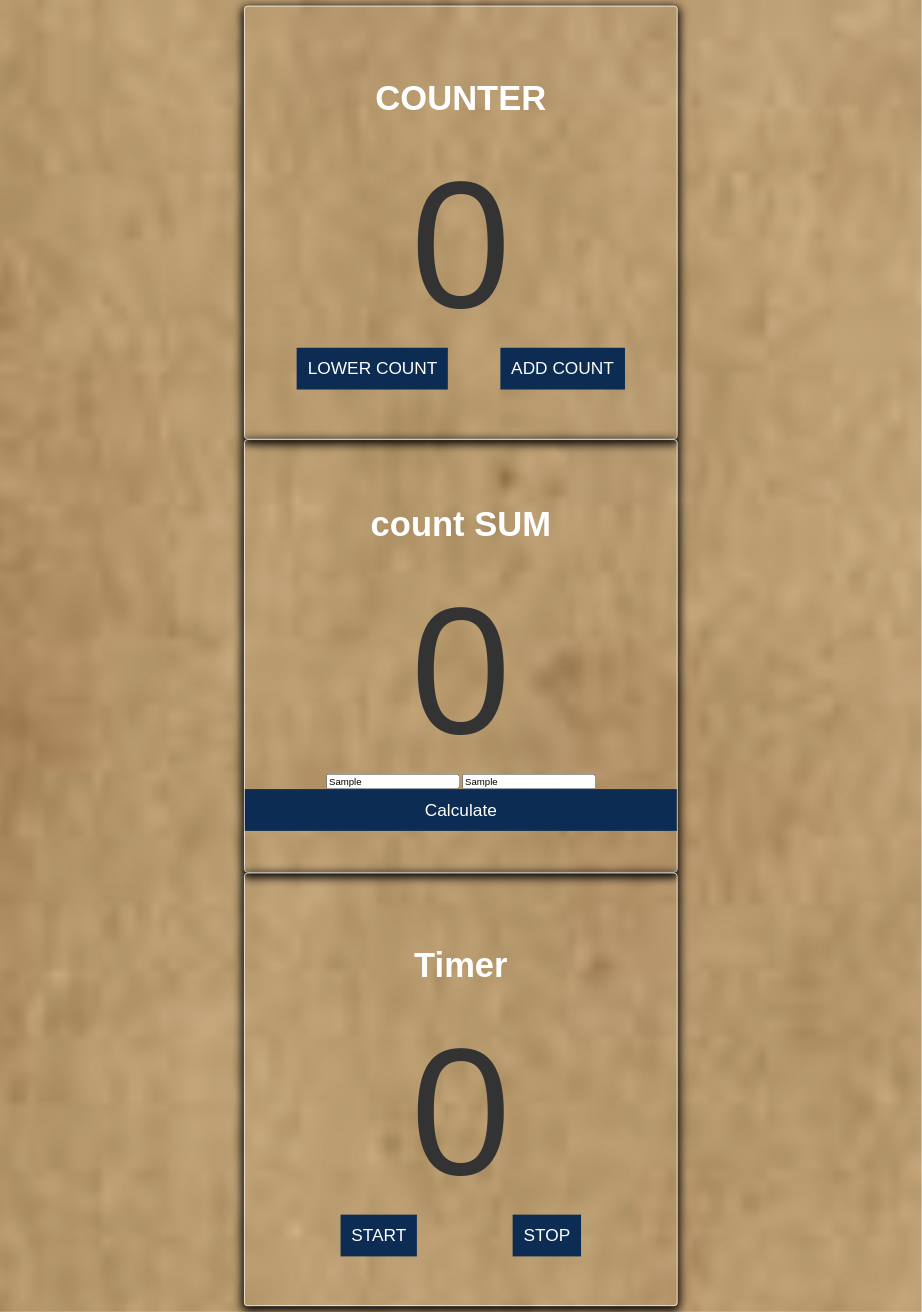
Repository: Hasmik-icml/counter
Page: index.html
The author's editor kept a copy of each file at every save. The page is drawn from the files as they stood at one save, then again after a run of saves.
The browser window is 1280 px wide. The pictures show the whole page, at 72% of full size.
Empty fields were first filled with sample values (such as "Sample", 5 or name@example.com).
After loading, the first visible `button.buttonStart` was clicked once.

Above is the page before, as saved 2022-02-14 18:22:31.

After the next 3 saves:
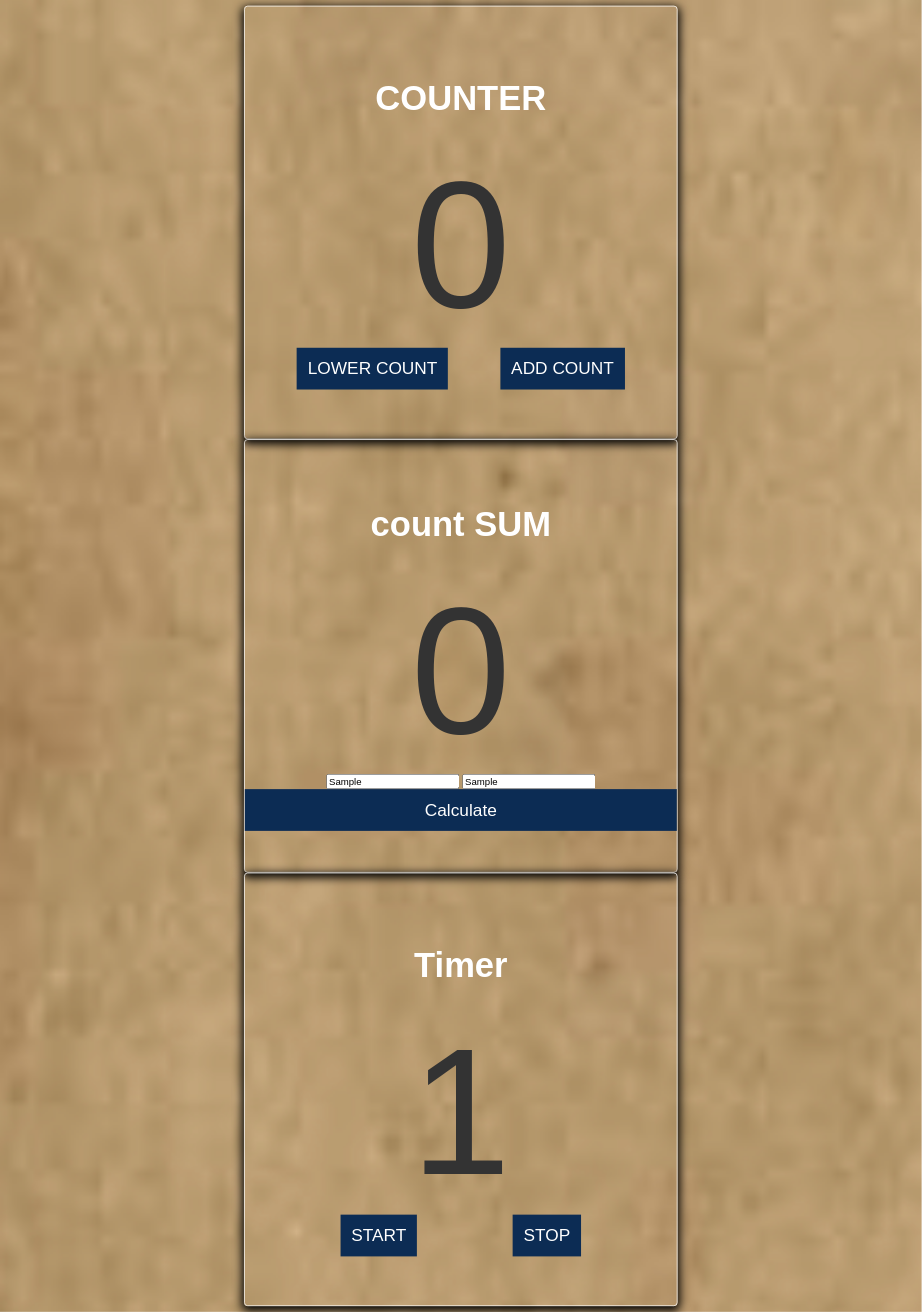
The 3 saves are shown as one change because they came seconds apart.
The last was saved 11 s later.
--- a/index.js
+++ b/index.js
@@ -41,5 +41,5 @@ const resultTimer = document.querySelector(".resultTimer");
 
 start.addEventListener("click", function(){
     let step = 0;
-
+    resultTimer.innerHTML++
 })
